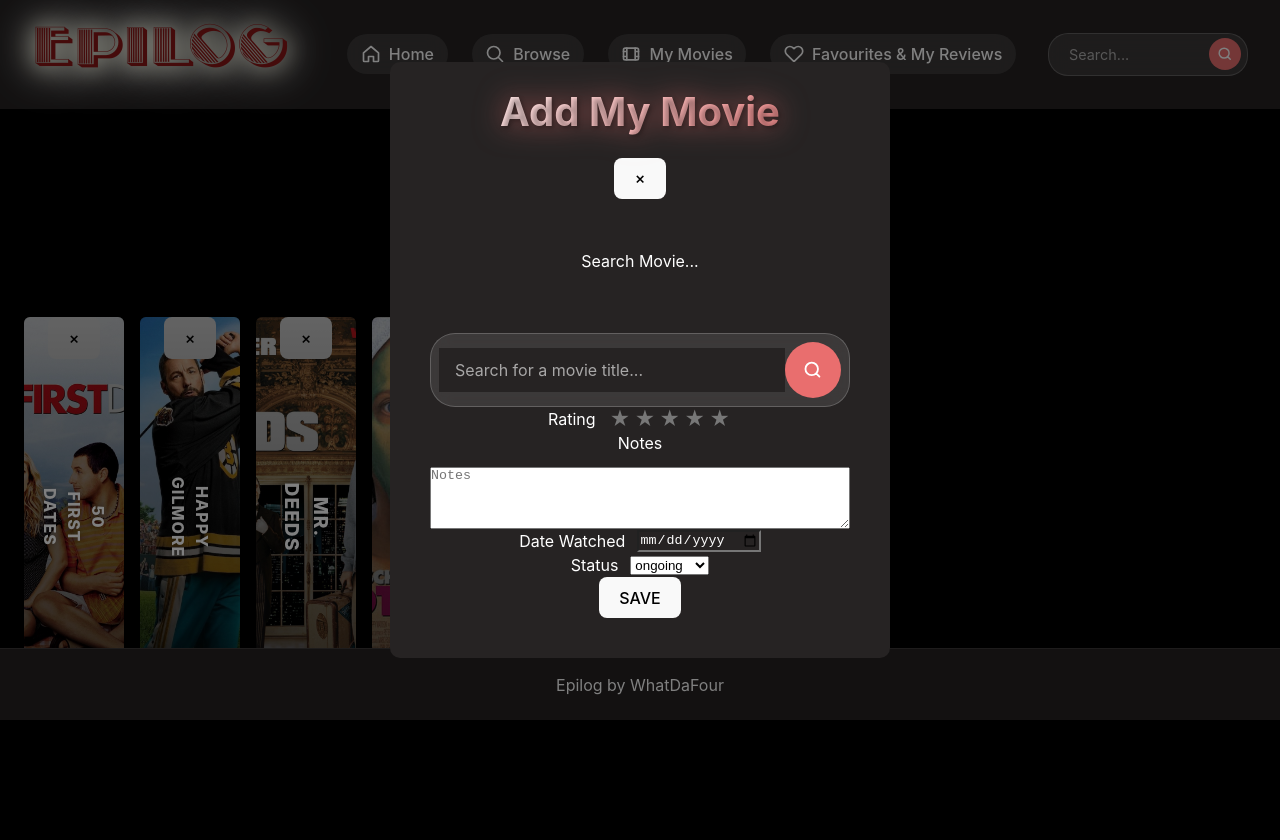
Repository: primcharlin/COMP3170_Epilog
Page: /my-movies, after clicking the first element matching `div.page-section > button`
The author's editor kept a copy of each file at every save. The page is drawn from the files as they stood at one save, then again after the next save.
The browser window is 1280 px wide. The pictures show the whole page.
The project was rebuilt for these pictures with package versions that can differ from the ones it lists, and the page was loaded fresh each time. Also part of the build but not shown: vite.config.js, src/components/BasicMovieCard.jsx, src/components/MovieCarousel.jsx, src/pages/Home.jsx, src/pages/Browse.jsx, src/components/EditMyMovie.jsx, src/pages/Watchlist.jsx.

Above is the page before, as saved 2025-10-05 18:20:51.

### index.html
<!doctype html>
<html lang="en">
  <head>
    <meta charset="UTF-8" />
    <link rel="icon" type="image/svg+xml" href="/vite.svg" />
    <meta name="viewport" content="width=device-width, initial-scale=1.0" />
    <title>Epilog</title>
  </head>
  <body>
    <div id="root"></div>
    <script type="module" src="/src/main.jsx"></script>
  </body>
</html>

### src/App.jsx
import "./App.css";
import Header from "./components/Header";
import Footer from "./components/Footer";
import { BrowserRouter, Routes, Route } from "react-router-dom";
import Home from "./pages/Home";
import Browse from "./pages/Browse";
import MyMovies from "./pages/MyMovies";
import Watchlist from "./pages/Watchlist";

function App() {
    return (
        <BrowserRouter>
            <div className='page'>
                <Header />
                <Routes>
                    <Route
                        path='/'
                        element={<Home />}
                    />
                    <Route
                        path='/browse'
                        element={<Browse />}
                    />
                    <Route
                        path='/my-movies'
                        element={<MyMovies />}
                    />
                    <Route
                        path='/favourites-myreviews'
                        element={<Watchlist />}
                    />

                </Routes>
                <Footer />
            </div>
        </BrowserRouter>
    );
}

export default App;

### src/App.css
#root {
    margin: 0;
    padding: 0;
    width: 100%;
    min-height: 100vh;
}

@font-face {
    font-family: 'VintageFont';
    src: url('fonts/VintageFont.ttf') format('truetype');
    font-weight: normal;
    font-style: normal;
}

* {
    margin: 0;
    padding: 0;
    box-sizing: border-box;
}

body {
    margin: 0;
    padding-top: 120px;
    /* Add padding to account for fixed header */
    font-family: -apple-system, BlinkMacSystemFont, "Segoe UI", "Roboto",
        "Oxygen", "Ubuntu", "Cantarell", "Fira Sans", "Droid Sans",
        "Helvetica Neue", sans-serif;
    -webkit-font-smoothing: antialiased;
    -moz-osx-font-smoothing: grayscale;
    text-align: center;
    background-color: #000000;
    min-height: 100vh;
    display: flex;
    flex-direction: column;
}

.page {
    min-height: calc(100vh - 120px);
    /* account for fixed header padding */
    display: flex;
    flex-direction: column;
}

.page-section {
    padding-left: 24px;
    padding-right: 24px;
}

/* Footer Styles */
.footer {
    position: fixed;
    bottom: 0;
    width: 100vw;
    min-height: 10vh;
    background: #262323;
    color: white;
    text-align: center;
    border-top: 1px solid rgba(255, 255, 255, 0.1);
    display: flex;
    align-items: center;
    justify-content: center
}

/* Header Styles */
.header {
    background: #262323;
    color: white;
    padding: 1rem 2rem;
    width: 100%;
    display: flex;
    flex-direction: row;
    justify-content: space-between;
    align-items: center;
    box-shadow: 0 2px 10px rgba(0, 0, 0, 0.1);
    position: fixed;
    top: 0;
    left: 0;
    z-index: 1000;
}

.header h1 {
    margin: 0;
    font-family: vintageFont, 'Segoe UI', Tahoma, Geneva, Verdana, sans-serif;
    font-size: 4rem;
    font-weight: 700;
    color: #8b1616;
    text-shadow: 0 0 5px #FBFFDE, 0 0 10px #FBFFDE, 0 0 20px #FBFFDE, 0 0 30px #FBFFDE;
    animation: glowPulse 2s infinite alternate;
}

@keyframes glowPulse {
    0% {
        text-shadow: 0 0 10px #FBFFDE, 0 0 20px #FBFFDE, 0 0 30px #FBFFDE, 0 0 40px #FBFFDE;
    }

    100% {
        text-shadow: 0 0 20px #FDFFEF, 0 0 30px #FDFFEF, 0 0 40px #FDFFEF, 0 0 50px #FDFFEF;
    }
}

.header-right {
    display: flex;
    align-items: center;
    gap: 2rem;
}

.header nav ul {
    list-style: none;
    padding: 0;
    margin: 0;
    display: flex;
    gap: 1.5rem;
}

.header nav ul li a {
    color: white;
    text-decoration: none;
    font-weight: 500;
    padding: 0.5rem 0.85rem;
    border-radius: 25px;
    transition: all 0.3s ease;
    background: rgba(255, 255, 255, 0.1);
    backdrop-filter: blur(10px);
    display: inline-flex;
    align-items: center;
    gap: 0.5rem;
}

.header nav ul li a:hover {
    background: rgba(255, 255, 255, 0.2);
    transform: translateY(-2px);
    box-shadow: 0 4px 15px rgba(0, 0, 0, 0.2);
}

.header nav ul li a svg {
    width: 20px;
    height: 20px;
    color: currentColor;
}

/* Header Search Bar Styles */
.header-search-container {
    display: flex;
    align-items: center;
}

.header-search-form {
    width: 100%;
}

.header-search-wrapper {
    position: relative;
    display: flex;
    align-items: center;
    background: rgba(255, 255, 255, 0.1);
    border-radius: 20px;
    padding: 0.25rem 0.5rem;
    backdrop-filter: blur(10px);
    border: 1px solid rgba(255, 255, 255, 0.2);
    transition: all 0.3s ease;
    width: 200px;
    min-height: 36px;
}

.header-search-wrapper:focus-within {
    background: rgba(255, 255, 255, 0.15);
    border-color: #e96e6e;
    box-shadow: 0 0 10px rgba(233, 110, 110, 0.3);
}

.header-search-input {
    flex: 1;
    background: transparent;
    border: none;
    outline: none;
    color: white;
    font-size: 0.9rem;
    padding: 0.5rem 2.25rem 0.5rem 0.75rem;
    /* add right padding for button */
    font-family: inherit;
}

.header-search-input::placeholder {
    color: rgba(255, 255, 255, 0.6);
}

.header-search-button {
    position: absolute;
    right: 6px;
    top: 50%;
    transform: translateY(-50%);
    background: #e96e6e;
    border: none;
    border-radius: 999px;
    width: 32px;
    height: 32px;
    aspect-ratio: 1 / 1;
    padding: 0;
    display: flex;
    align-items: center;
    justify-content: center;
    cursor: pointer;
    transition: all 0.3s ease;
    color: white;
}

.header-search-button svg {
    width: 14px;
    height: 14px;
    color: inherit;
}

.header-search-button svg path {
    stroke: #ffffff;
    fill: none;
    stroke-width: 2.5;
}

.header-search-button:hover {
    background: #d55a5a;
}

.header-search-button:active {
    transform: scale(0.95);
}

h1 {
    margin-top: 4rem;
    font-size: 4rem;
    font-weight: 700;
    color: white;
    text-shadow: 2px 2px 4px rgba(0, 0, 0, 0.3);
    line-height: 1.2;
}

.catalog-text {
    color: #e96e6e;
}

h3 {
    margin-top: 2rem;
    font-size: 1.2rem;
    font-weight: 400;
    color: #aaaaaa;
    text-align: center;
    line-height: 1.6;
    max-width: 600px;
    margin-left: auto;
    margin-right: auto;
}

/* Search Bar Styles */
.search-bar-container {
    margin-top: 3rem;
    display: flex;
    justify-content: center;
    align-items: center;
}

.search-form {
    width: 100%;
    max-width: 500px;
}

.search-input-wrapper {
    position: relative;
    display: flex;
    align-items: center;
    background: rgba(255, 255, 255, 0.1);
    border-radius: 25px;
    padding: 0.5rem;
    backdrop-filter: blur(10px);
    border: 1px solid rgba(255, 255, 255, 0.2);
    transition: all 0.3s ease;
}

.search-input-wrapper:focus-within {
    background: rgba(255, 255, 255, 0.15);
    border-color: #e96e6e;
    box-shadow: 0 0 20px rgba(233, 110, 110, 0.3);
}

.search-input {
    flex: 1;
    background: transparent;
    border: none;
    outline: none;
    color: white;
    font-size: 1rem;
    padding: 0.75rem 1rem;
    font-family: inherit;
}

.search-input::placeholder {
    color: rgba(255, 255, 255, 0.6);
}

.search-button {
    background: #e96e6e;
    border: none;
    border-radius: 999px;
    width: 56px;
    height: 56px;
    display: flex;
    align-items: center;
    justify-content: center;
    cursor: pointer;
    transition: all 0.3s ease;
    color: white;
}

.search-button svg {
    width: 36px;
    height: 36px;
    color: inherit;
    display: block;
    /* avoid inline baseline shifting */
}

.search-button svg path {
    stroke: #ffffff;
    fill: none;
    stroke-width: 2.5;
}

.search-button:hover {
    background: #d55a5a;
    transform: scale(1.05);
}

.search-button:active {
    transform: scale(0.95);
}

/* Modal Styles */
.modal-backdrop {
    position: fixed;
    top: 0;
    left: 0;
    width: 100%;
    height: 100%;
    background-color: rgba(0, 0, 0, 0.5);
    display: flex;
    align-items: center;
    justify-content: center;
    z-index: 2000;
}

.modal-content {
    background-color: #262323;
    color: white;
    border-radius: 10px;
    padding: 20px;
    max-width: 500px;
    margin: 0 auto;
    width: 90%;
}

.modal-header {
    border-bottom: none;
    padding-bottom: 10px;
    margin-bottom: 20px;
}

.modal-body {
    padding: 20px;
}

/* Form Styles */
.form-container {
    display: flex;
    flex-direction: column;
    gap: 20px;
}

.form-control input {
    background-color: #262323;
    color: white;
}

.form-control {
    display: flex;
    align-items: center;
    justify-content: center;
    gap: 12px;
}

.form-control label {
    display: block;
}

.form-control--stack {
    flex-direction: column;
    align-items: stretch;
}

/* Rating styles */
.rating-group {
    display: flex;
    gap: 0;
}

.rating-star {
    background: transparent;
    border: none;
    font-size: 1.25rem;
    color: #777777;
    padding: 2px;
    line-height: 1;
}

.rating-star.active {
    color: #e6b800;
}

/* Selected movie preview */
.selected-movie {
    display: flex;
    flex-direction: column;
    align-items: center;
    gap: 8px;
    margin-bottom: 10px;
}

.selected-movie img {
    width: 160px;
    height: 240px;
    object-fit: cover;
    border-radius: 8px;
}

.selected-movie-title {
    font-weight: 600;
}

/* VHS card styles */
.vhs-card {
    width: 100px;
    height: 400px;
    background-size: cover;
    background-position: center;
    border-radius: 6px;
    position: relative;
    overflow: hidden;
    box-shadow: 0 6px 16px rgba(0, 0, 0, 0.5);
}

.vhs-card-overlay {
    position: absolute;
    inset: 0 0 0 0;
    background: linear-gradient(0deg, rgba(0, 0, 0, 0.65), rgba(0, 0, 0, 0.2));
}

.vhs-card-title {
    position: absolute;
    top: 50%;
    left: 50%;
    transform: translate(-50%, -50%) rotate(-270deg);
    transform-origin: center;
    color: #ffffff;
    font-weight: 800;
    font-size: 1.2rem;
    letter-spacing: 1px;
    text-transform: uppercase;
    text-shadow: 0 2px 8px rgba(0, 0, 0, 0.7);
}

.vhs-card-title.long {
    font-size: 1rem;
}

.vhs-card-title.xlong {
    font-size: 0.85rem;
}

.my-movies-container {
    margin-top: 20px;
    display: flex;
    gap: 16px;
    flex-wrap: wrap;
}


/* Bonnie */
.carousel-wrapper {
    position: relative;
    display: flex;
    align-items: center;
    margin: 20px 40px;
}

.carousel {
    display: flex;
    overflow-x: auto;
    gap: 15px;
    scroll-behavior: smooth;
    padding: 10px 0;
}

.basic-movie-card {
    flex: 0 0 auto;
    width: 180px;
    border: 1px solid #ccc;
    border-radius: 8px;
    padding: 10px;
    text-align: center;
    background-color: #fff;
    display: flex;
    flex-direction: column;
    justify-content: space-between;
    height: 380px;
}

.movie-img {
    width: 100%;
    height: 220px;
    border-radius: 5px;
    object-fit: cover;
}

.movie-title {
    font-weight: bold;
    margin: 5px 0;
}

.add-btn {
    background-color: #4caf50;
    color: white;
    border: none;
    padding: 5px 10px;
    margin-top: 5px;
    border-radius: 5px;
    cursor: pointer;
}

.trailer-btn {
    display: block;
    margin-top: 5px;
    color: #2196f3;
    text-decoration: none;
}

.arrow {
    position: absolute;
    top: 50%;
    transform: translateY(-50%);
    background-color: rgba(0, 0, 0, 0.5);
    color: white;
    border: none;
    font-size: 24px;
    padding: 5px 10px;
    cursor: pointer;
    border-radius: 50%;
    z-index: 10;
}

.arrow.left {
    left: 0;
}

.arrow.right {
    right: 0;
}

.arrow:hover {
    background-color: rgba(0, 0, 0, 0.8);
}

/* Watchlist Styles */
.page-section h2 {
    color: white;
    font-size: 2.5rem;
    font-weight: 700;
    margin-bottom: 1rem;
    text-align: center;
    text-shadow: 2px 2px 4px rgba(0, 0, 0, 0.3);
    background: linear-gradient(135deg, #ffffff, #e96e6e);
    background-clip: text;
    -webkit-background-clip: text;
    -webkit-text-fill-color: transparent;
    animation: titleGlow 3s ease-in-out infinite alternate;
}

@keyframes titleGlow {
    0% {
        filter: drop-shadow(0 0 5px rgba(233, 110, 110, 0.3));
    }

    100% {
        filter: drop-shadow(0 0 15px rgba(233, 110, 110, 0.6));
    }
}

.page-section p {
    color: #aaaaaa;
    font-size: 1.1rem;
    text-align: center;
    margin-bottom: 2rem;
    line-height: 1.6;
    font-style: italic;
}

.watchlist-container {
    display: grid;
    grid-template-columns: repeat(auto-fill, minmax(280px, 1fr));
    gap: 2rem;
    margin-top: 2rem;
    padding: 0 1rem;
}

.watchlist-item {
    background: rgba(255, 255, 255, 0.05);
    border-radius: 15px;
    padding: 1.5rem;
    backdrop-filter: blur(10px);
    border: 1px solid rgba(255, 255, 255, 0.1);
    transition: all 0.3s ease;
    position: relative;
    overflow: hidden;
    box-shadow: 0 8px 32px rgba(0, 0, 0, 0.1);
}

.watchlist-item::before {
    content: '';
    position: absolute;
    top: 0;
    left: 0;
    right: 0;
    bottom: 0;
    background: linear-gradient(135deg, rgba(233, 110, 110, 0.1), rgba(255, 255, 255, 0.05));
    opacity: 0;
    transition: opacity 0.3s ease;
    border-radius: 15px;
}

.watchlist-item:hover::before {
    opacity: 1;
}

.watchlist-item:hover {
    transform: translateY(-5px);
    box-shadow: 0 10px 30px rgba(0, 0, 0, 0.3);
    border-color: rgba(233, 110, 110, 0.3);
    background: rgba(255, 255, 255, 0.08);
}

.movie-link {
    text-decoration: none;
    color: inherit;
    display: block;
    margin-bottom: 1rem;
}

.movie-link:hover {
    text-decoration: none;
}

.watchlist-poster {
    width: 100%;
    height: 400px;
    object-fit: cover;
    border-radius: 10px;
    margin-bottom: 1rem;
    transition: all 0.3s ease;
    box-shadow: 0 4px 15px rgba(0, 0, 0, 0.3);
    position: relative;
    z-index: 1;
}

.watchlist-poster::after {
    content: '';
    position: absolute;
    top: 0;
    left: 0;
    right: 0;
    bottom: 0;
    background: linear-gradient(45deg, rgba(233, 110, 110, 0.2), transparent);
    opacity: 0;
    transition: opacity 0.3s ease;
    border-radius: 10px;
}

.watchlist-item:hover .watchlist-poster::after {
    opacity: 1;
}

.watchlist-item:hover .watchlist-poster {
    transform: scale(1.02);
}

.watchlist-title {
    color: white;
    font-size: 1.3rem;
    font-weight: 600;
    margin: 0;
    text-align: center;
    line-height: 1.3;
    text-shadow: 1px 1px 2px rgba(0, 0, 0, 0.5);
    position: relative;
    z-index: 2;
    transition: all 0.3s ease;
}

.watchlist-item:hover .watchlist-title {
    color: #e96e6e;
    text-shadow: 0 0 10px rgba(233, 110, 110, 0.5);
}

.remove-btn-watchlist {
    background: linear-gradient(135deg, #e96e6e, #d55a5a);
    color: white;
    border: none;
    border-radius: 25px;
    padding: 0.75rem 1.5rem;
    font-size: 0.9rem;
    font-weight: 600;
    cursor: pointer;
    transition: all 0.3s ease;
    width: 100%;
    text-transform: uppercase;
    letter-spacing: 0.5px;
    box-shadow: 0 4px 15px rgba(233, 110, 110, 0.3);
    position: relative;
    z-index: 2;
    overflow: hidden;
}

.remove-btn-watchlist::before {
    content: '';
    position: absolute;
    top: 0;
    left: -100%;
    width: 100%;
    height: 100%;
    background: linear-gradient(90deg, transparent, rgba(255, 255, 255, 0.2), transparent);
    transition: left 0.5s ease;
}

.remove-btn-watchlist:hover::before {
    left: 100%;
}

.remove-btn-watchlist:hover {
    background: linear-gradient(135deg, #d55a5a, #c44545);
    transform: translateY(-2px);
    box-shadow: 0 6px 20px rgba(233, 110, 110, 0.4);
}

.remove-btn-watchlist:active {
    transform: translateY(0);
    box-shadow: 0 2px 10px rgba(233, 110, 110, 0.3);
}
/* Browse styles */
.browse-grid {
    display: grid;
    grid-template-columns: repeat(auto-fill, minmax(180px, 1fr));
    gap: 20px;
    padding: 20px;
  }

### src/components/Footer.jsx
import React from "react";

const Footer = () => {
    return (
        <footer className='footer'>
            <p>Epilog by WhatDaFour</p>
        </footer>
    );
};

export default Footer;

### src/components/HeaderSearchBar.jsx
import React, { useState } from "react";

const HeaderSearchBar = () => {
    const [searchTerm, setSearchTerm] = useState("");

    const handleSearch = (e) => {
        e.preventDefault();
        console.log("Header search for:", searchTerm);
        // Add your search logic here
    };

    const handleInputChange = (e) => {
        setSearchTerm(e.target.value);
    };

    return (
        <div className='header-search-container'>
            <form
                onSubmit={handleSearch}
                className='header-search-form'>
                <div className='header-search-wrapper'>
                    <input
                        type='text'
                        placeholder='Search...'
                        value={searchTerm}
                        onChange={handleInputChange}
                        className='header-search-input'
                    />
                    <button
                        type='submit'
                        className='header-search-button'>
                        <svg
                            width='16'
                            height='16'
                            viewBox='0 0 24 24'
                            fill='none'
                            xmlns='http://www.w3.org/2000/svg'>
                            <path
                                d='M21 21L16.514 16.506L21 21ZM19 10.5C19 15.194 15.194 19 10.5 19C5.806 19 2 15.194 2 10.5C2 5.806 5.806 2 10.5 2C15.194 2 19 5.806 19 10.5Z'
                                stroke='currentColor'
                                strokeWidth='2'
                                strokeLinecap='round'
                                strokeLinejoin='round'
                            />
                        </svg>
                    </button>
                </div>
            </form>
        </div>
    );
};

export default HeaderSearchBar;

### src/components/SearchBar.jsx
import React, { useState } from "react";

const SearchBar = ({ onSearch, placeholder = "Search for movies..." }) => {
    const [searchTerm, setSearchTerm] = useState("");

    const handleSearch = (e) => {
        e.preventDefault();
        if (typeof onSearch === "function") {
            onSearch(searchTerm);
        }
    };

    const handleInputChange = (e) => {
        setSearchTerm(e.target.value);
    };

    return (
        <div className='search-bar-container'>
            <form
                onSubmit={handleSearch}
                className='search-form'>
                <div className='search-input-wrapper'>
                    <input
                        type='text'
                        placeholder={placeholder}
                        value={searchTerm}
                        onChange={handleInputChange}
                        className='search-input'
                    />
                    <button
                        type='button'
                        onClick={handleSearch}
                        className='search-button'>
                        <svg
                            width='20'
                            height='20'
                            viewBox='0 0 24 24'
                            fill='none'
                            xmlns='http://www.w3.org/2000/svg'>
                            <path
                                d='M21 21L16.514 16.506L21 21ZM19 10.5C19 15.194 15.194 19 10.5 19C5.806 19 2 15.194 2 10.5C2 5.806 5.806 2 10.5 2C15.194 2 19 5.806 19 10.5Z'
                                stroke='currentColor'
                                strokeWidth='2'
                                strokeLinecap='round'
                                strokeLinejoin='round'
                            />
                        </svg>
                    </button>
                </div>
            </form>
        </div>
    );
};

export default SearchBar;

### src/components/Modal.jsx
import '../App.css'

function Modal({ isOpen, onClose, children, title }) {
  if (!isOpen) return null;

  return (
    <div className="modal-backdrop" onClick={onClose}>
      <div className="modal-content" onClick={(e) => e.stopPropagation()}>
        <div className="modal-header">
          <h2>{title}</h2>
          <button
            className="modal-close"
            onClick={onClose}
            aria-label="Close modal"
          >
            ×
          </button>
        </div>
        <div className="modal-body">
          {children}
        </div>
      </div>
    </div>
  );
}

export default Modal;

### src/components/DVDMovie.jsx
import React from "react";
import moviesData from "../data/epilog.json";

function DVDMovie({ title, onClick, onRemove }) {
    const movie = moviesData.find((m) => m.title === title);
    const bgUrl = movie && movie.image ? `/${movie.image}` : "/images/NoMovie.avif";
    const titleLength = (title || "").length;
    const titleSizeClass = titleLength > 18 ? "xlong" : titleLength > 12 ? "long" : "";

    const handleRemove = (e) => {
        e.stopPropagation(); // Prevent triggering the card click
        if (onRemove) {
            onRemove(title);
        }
    };

    return (
        <div
            className="vhs-card"
            style={{ backgroundImage: `url(${bgUrl})` }}
            role="img"
            aria-label={title}
            onClick={onClick}
        >
            <div className="vhs-card-overlay" />
            <div className={`vhs-card-title ${titleSizeClass}`}>{title}</div>
            {onRemove && (
                <button
                    className="vhs-card-remove"
                    onClick={handleRemove}
                    aria-label={`Remove ${title}`}
                >
                    ×
                </button>
            )}
        </div>
    );
}

export default DVDMovie;

Loaded but not shown: src/main.jsx (common file); src/index.css (common file); src/data/epilog.json (358 lines, source omitted); src/pages/MyMovies.jsx (123 lines, source omitted); src/components/Header.jsx (108 lines, source omitted); src/components/AddMyMovie.jsx (116 lines, source omitted)

After the next save:
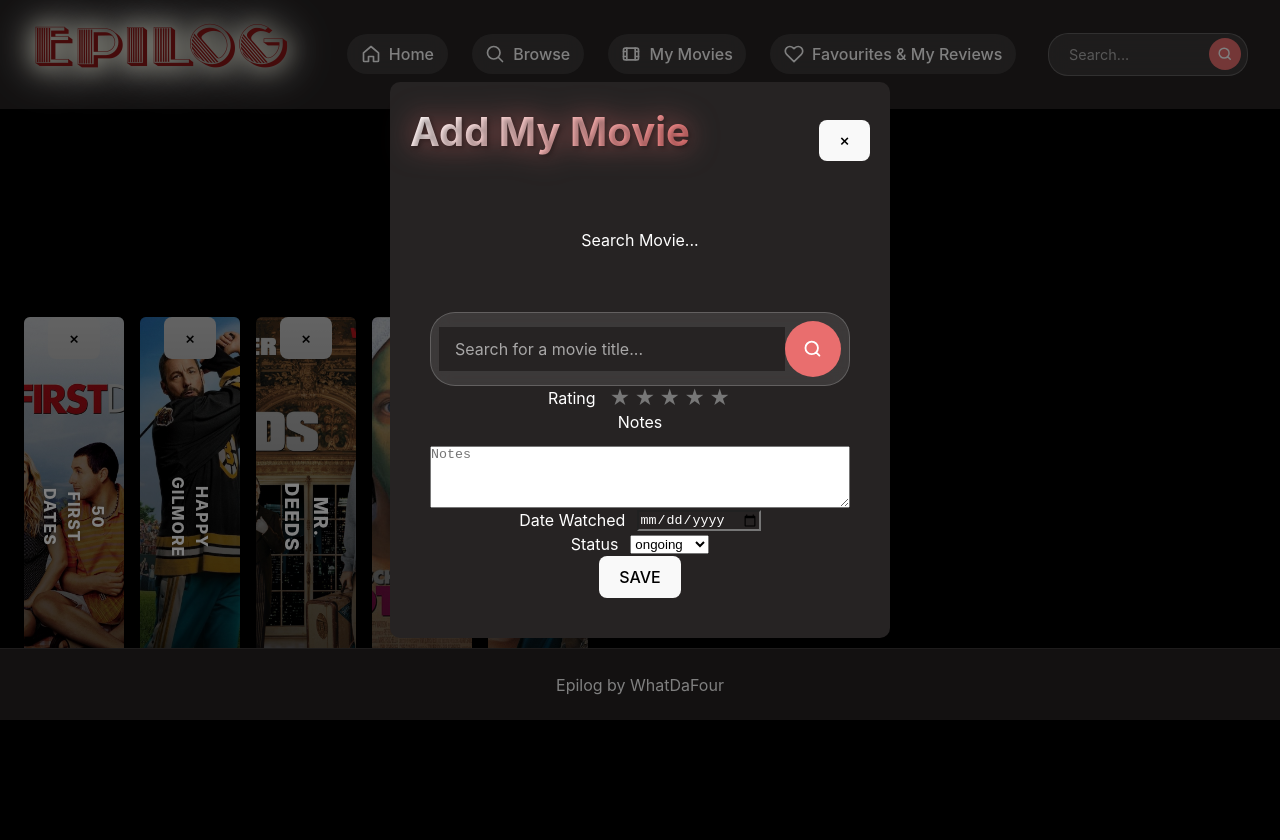
Saved 6 min 10 s later.
--- a/src/App.css
+++ b/src/App.css
@@ -354,12 +354,32 @@
     max-width: 500px;
     margin: 0 auto;
     width: 90%;
+    animation: modalSlideIn 0.6s cubic-bezier(0.25, 0.46, 0.45, 0.94);
+}
+
+@keyframes modalSlideIn {
+    0% {
+        transform: translateX(-100%);
+        opacity: 0;
+    }
+    50% {
+        transform: translateX(-20%);
+        opacity: 0.7;
+    }
+    100% {
+        transform: translateX(0%);
+        opacity: 1;
+    }
 }
 
 .modal-header {
     border-bottom: none;
     padding-bottom: 10px;
     margin-bottom: 20px;
+    position: relative;
+    display: flex;
+    justify-content: space-between;
+    align-items: center;
 }
 
 .modal-body {
